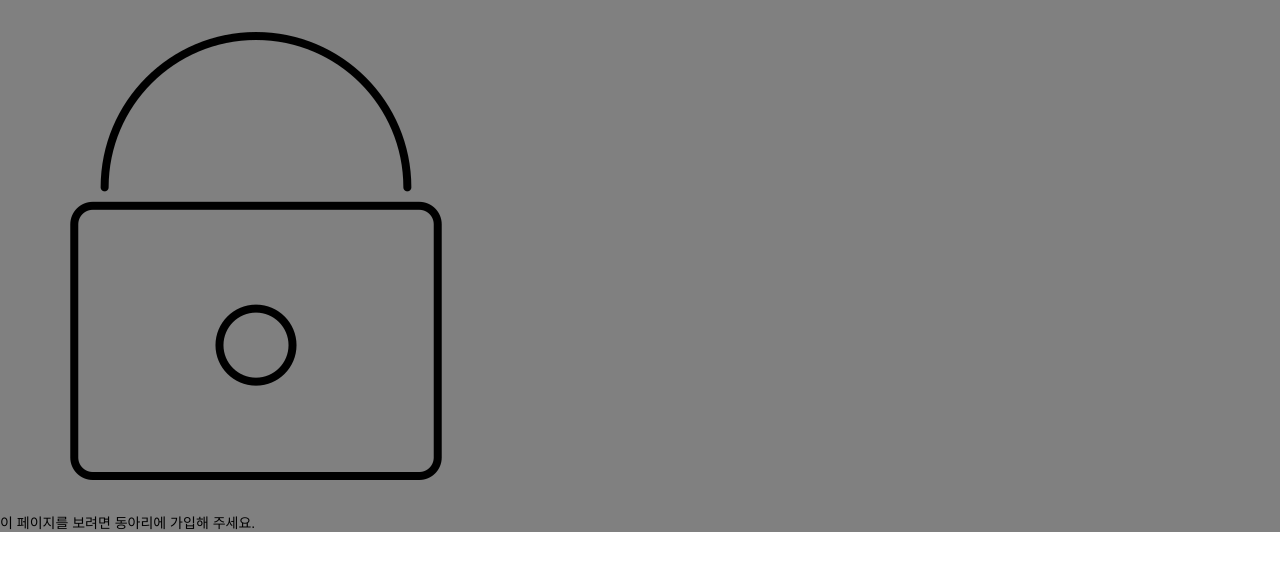
Repository: hyodii/FinalProject
Page: http://localhost/ViewPage/scret.jsp
An editor plug-in stored every save of this project. The page is shown before and after the next save, followed by the edit.
The browser window is 1280 px wide. The pictures show the whole page.
The page is served by Tomcat 9.

Above is the page before, as saved 2021-12-09 05:09:29.

After the next save:
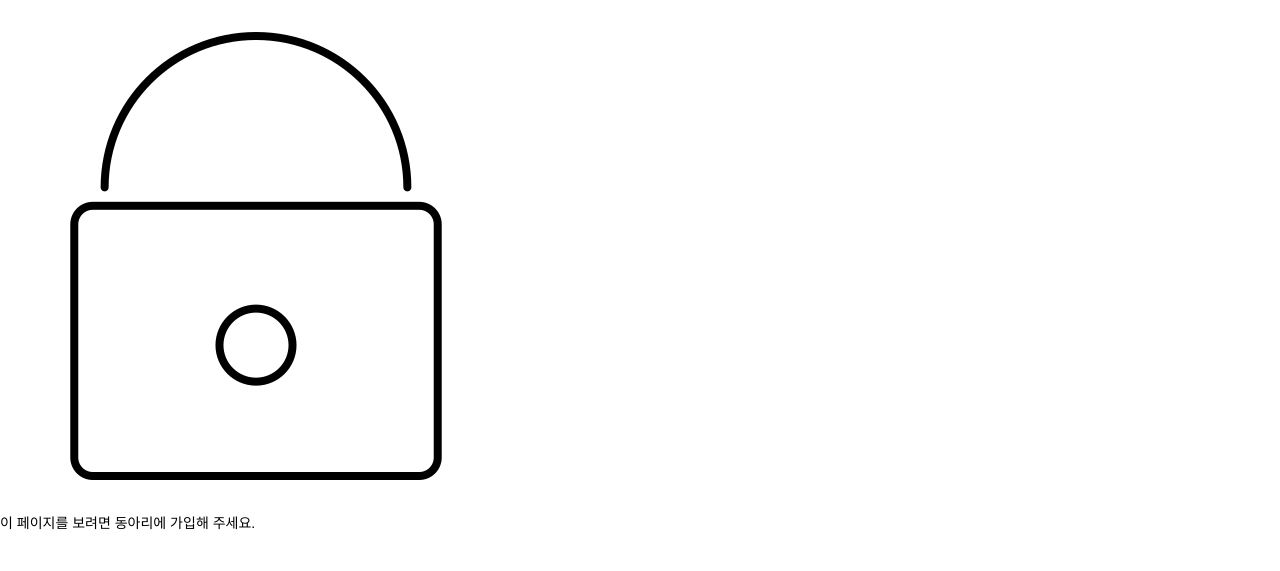
Saved 4 min 21 s later.
--- a/ViewPage/WebContent/scret.jsp
+++ b/ViewPage/WebContent/scret.jsp
@@ -27,9 +27,12 @@ body {font-family: 'Noto Sans KR', sans-serif; font-size: 14px;}
 
 .lock
 {
-	background: gray;
 	margin: 0 auto;
 	height: 100%
+	display: flex;
+	justify-content: center;
+	align-items: center;
+	min-height: 100vh;
 }
 
 </style>
